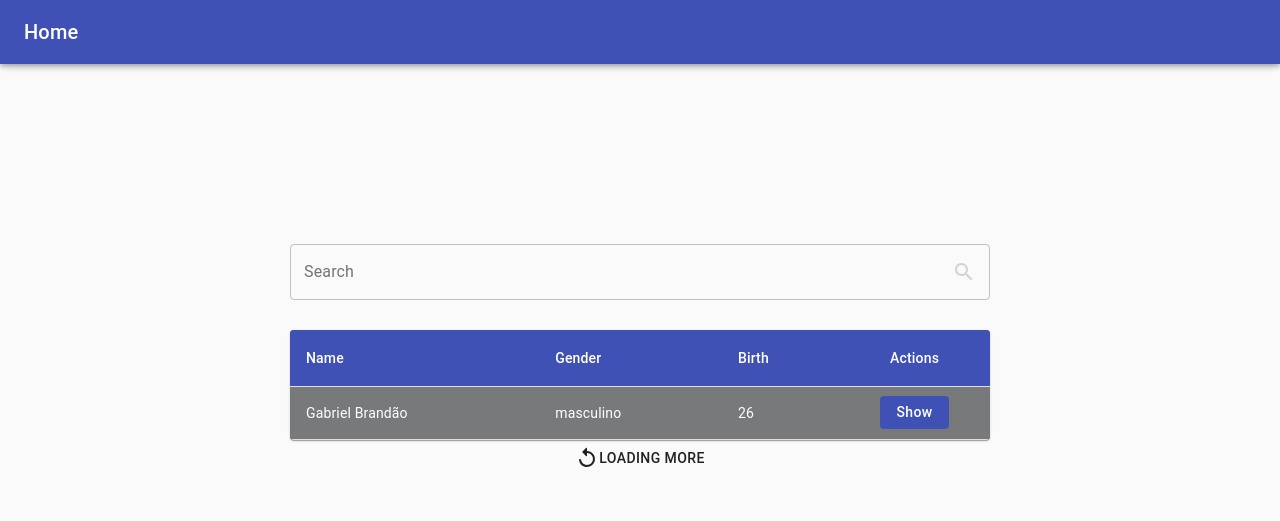
Repository: GabrielBrandaoProjetos/patient-manager
Page: /
These files come from the project's save history. The page is drawn as it stood at one moment and after the next save; the edit follows.
The browser window is 1280 px wide. The pictures show the whole page.
The project was rebuilt for these pictures with package versions that can differ from the ones it lists, and the page was loaded fresh each time.

Above is the page before, as saved 2021-09-14 15:14:39.

After the next save:
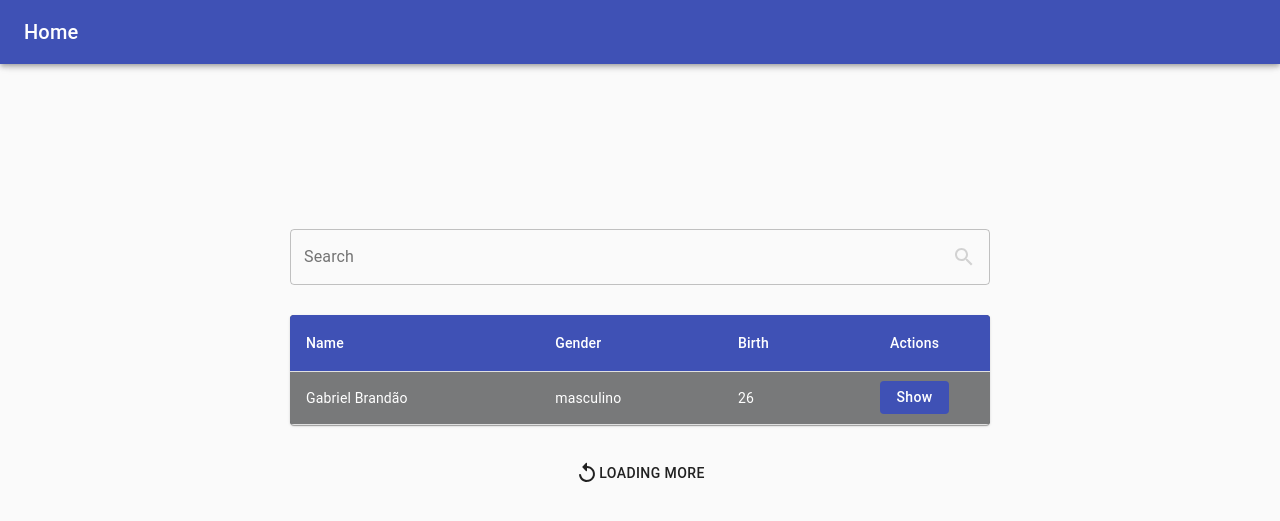
Saved 5 min 3 s later.
--- a/src/pages/Home/Home.tsx
+++ b/src/pages/Home/Home.tsx
@@ -30,7 +30,7 @@ const useStyles = makeStyles((theme: Theme) =>
       maxWidth: 700,
       width: "100%",
 
-      marginTop: 30,
+      margin: "30px 0",
       backgroundColor: "#4f5052",
     },
     table: {
@@ -51,10 +51,13 @@ const useStyles = makeStyles((theme: Theme) =>
     actions: {
       padding: 0
     },
-    button: {
+    buttonShow: {
       padding: "4px 16px",
       textTransform: "none"
-    }
+    },
+    buttonLoading: {
+
+    },
   }),
 );
 
@@ -104,16 +107,16 @@ export const Home = () => {
               <TableCell className={classes.cell}>masculino</TableCell>
               <TableCell className={classes.cell}>26</TableCell>
               <TableCell align="center" className={classes.actions}>
-                <Button variant="contained" color="primary" disableElevation className={classes.button}>Show</Button>
+                <Button variant="contained" color="primary" disableElevation className={classes.buttonShow}>Show</Button>
               </TableCell>
             </TableRow>
 
           </TableBody>
         </Table>
       </TableContainer>
-      <Button>
+      <Button >
         <ReplayRounded/>
-         Loading more
+        Loading more
       </Button>
     </div>
   )
